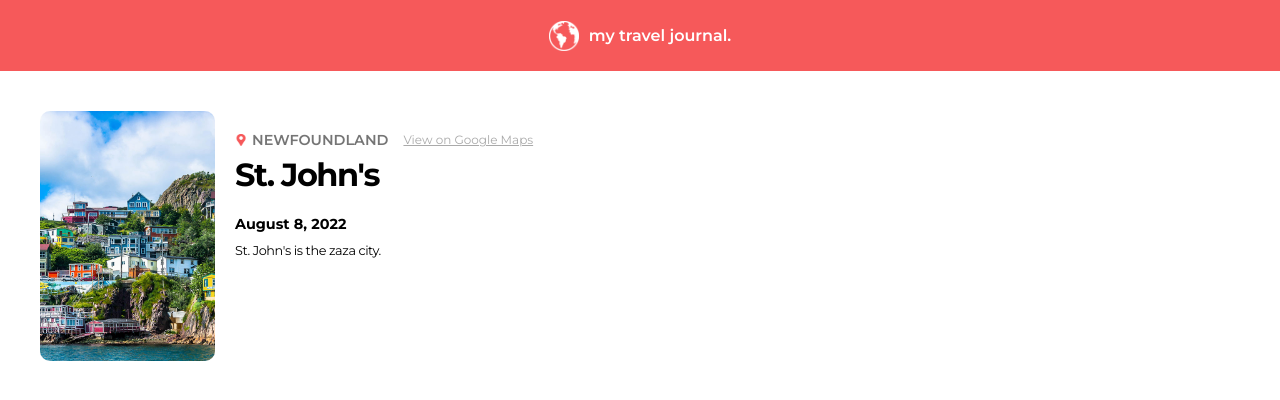
Repository: jsong552/my-city-checklist
Page: /
An editor plug-in stored every save of this project. The page is shown before and after the next save, followed by the edit.
The browser window is 1280 px wide. The pictures show the whole page.
The project was rebuilt for these pictures with package versions that can differ from the ones it lists, and the page was loaded fresh each time. Imported but missing from the stored project, and not drawn on this page: src/reportWebVitals.

Above is the page before, as saved 2023-12-29 19:05:43.

After the next save:
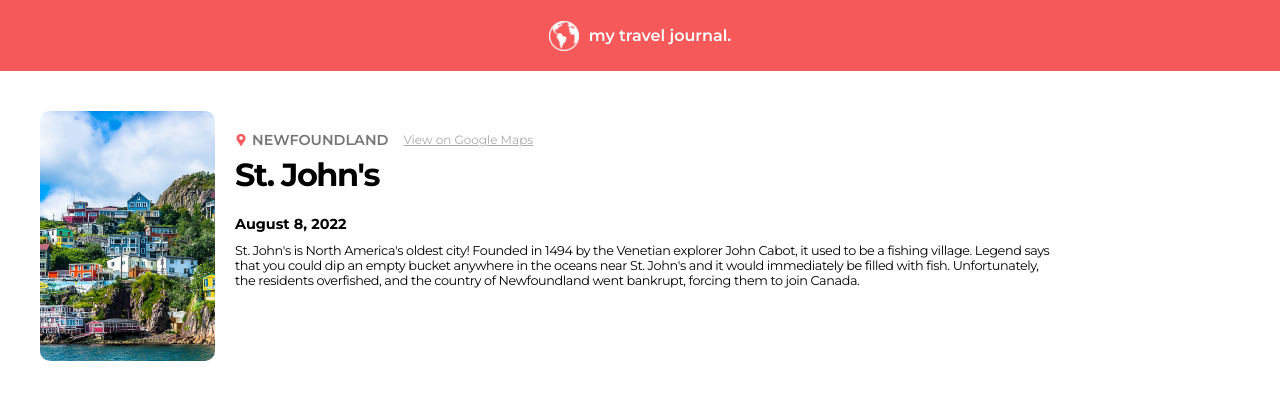
Saved 2 min 19 s later.
--- a/src/components/Card.js
+++ b/src/components/Card.js
@@ -12,7 +12,13 @@ export default function Card() {
                 </span>
                 <h1>St. John's</h1>
                 <h3>August 8, 2022</h3>
-                <p>St. John's is the zaza city.</p>
+                <p>St. John's is North America's oldest city! Founded in 1494 by the
+                    Venetian explorer John Cabot, it used to be a fishing village.
+                    Legend says that you could dip an empty bucket anywhere in the oceans
+                    near St. John's and it would immediately be filled with fish. Unfortunately,
+                    the residents overfished, and the country of Newfoundland went bankrupt, forcing
+                    them to join Canada.
+                </p>
             </div>
         </div>
     )
